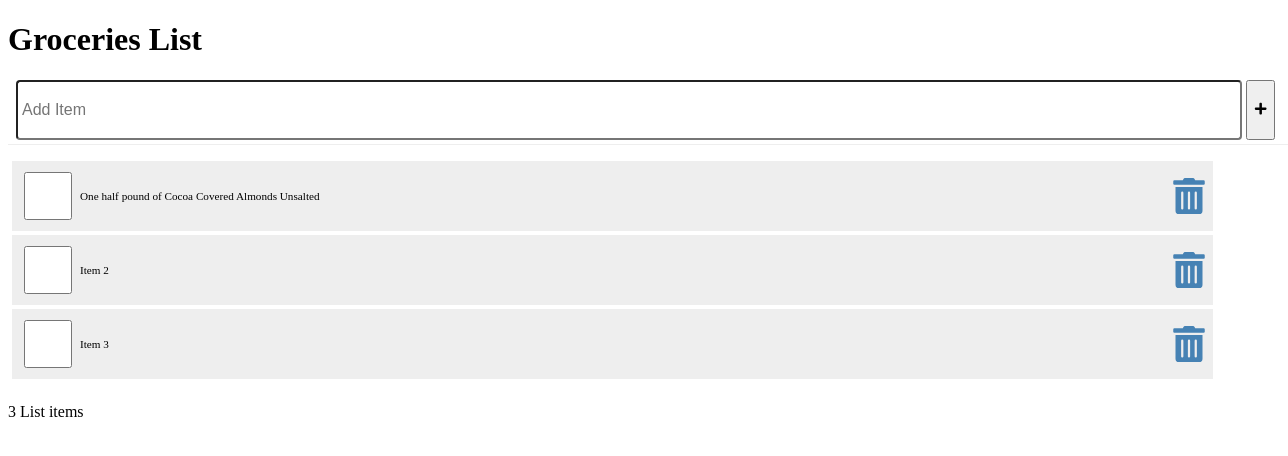
Repository: akinmiday/react-series
Page: /
The author's editor kept a copy of each file at every save. The page is drawn from the files as they stood at one save, then again after the next save.
The browser window is 1280 px wide. The page is 1288 px wide, so the pictures cover 1288 px, including what lies to the right of the window. The pictures show the whole page.
The project was rebuilt for these pictures with package versions that can differ from the ones it lists, and the page was loaded fresh each time. Also part of the build but not shown: vite.config.js, src/index.css.

Above is the page before, as saved 2023-08-22 06:17:19.

After the next save:
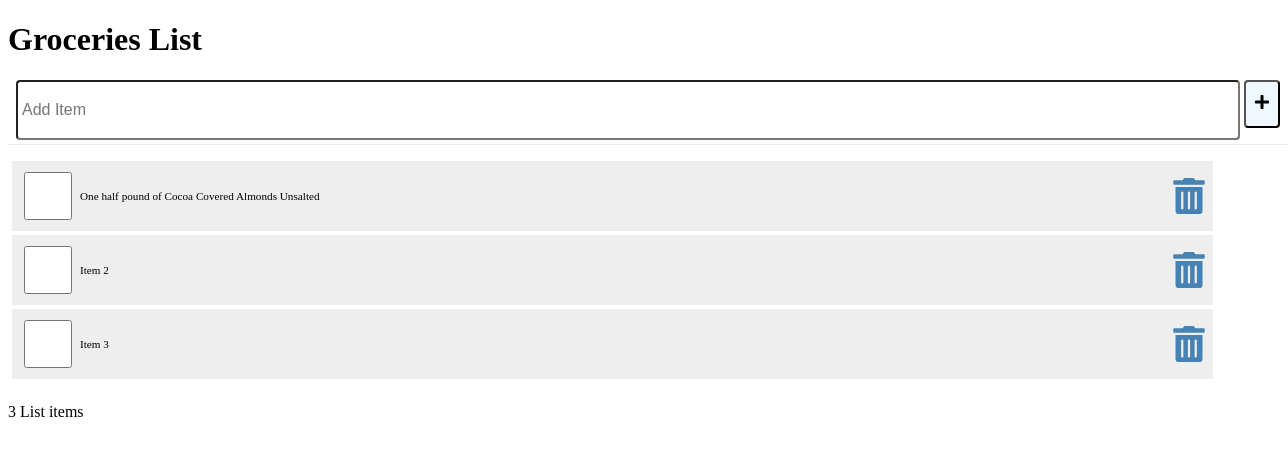
Saved 71 s later.
--- a/src/App.css
+++ b/src/App.css
@@ -79,5 +79,11 @@ text-decoration: underline;
 }
 
 button{
+    height: 48px;
+    min-height: 48px;
+    border-radius: 0.25rem;
+    padding: 0.5rem;
+    font-size: 1rem;
+    background-color: aliceblue;
 
 }
